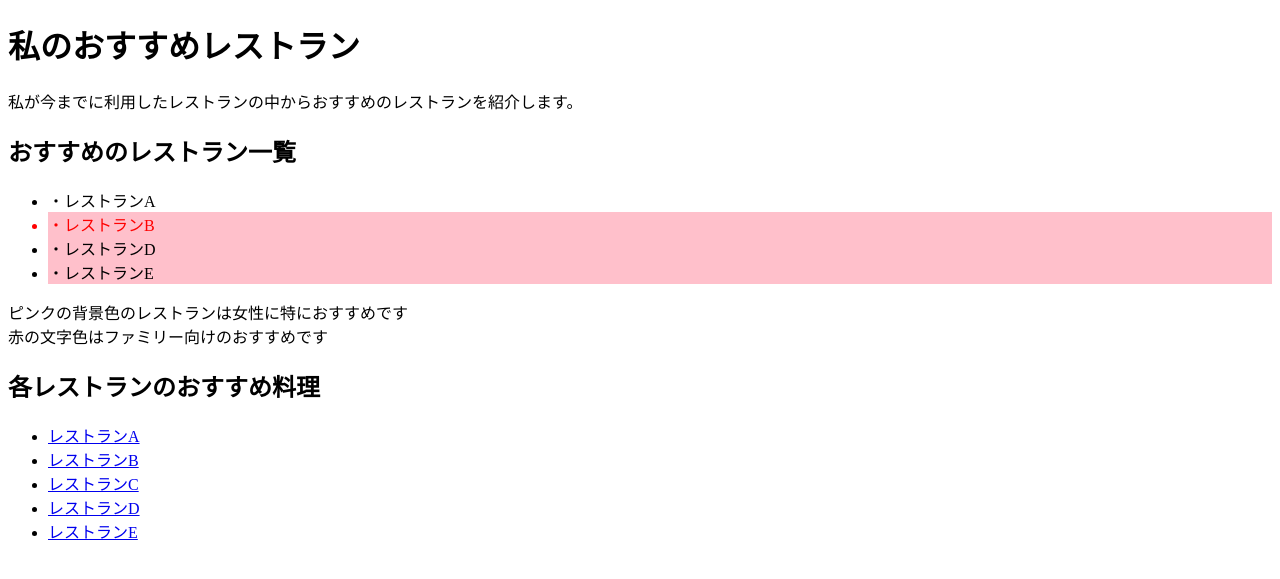
Repository: KubotaAtsushi/samurai_HTML-CSS
Page: test.html
The author's editor kept a record of every edit. The page is drawn from the files as they stood at one moment, then again after the next edit.
The browser window is 1280 px wide. The pictures show the whole page.

Above is the page before.

### test.html
<!DOCTYPE html>
<html lang="ja">
    <head>
        <meta charset="UTF-8">
        <title>HTML/CSSの学習</title>
        <link rel="style" href="style.css">
    </head>
    <body>
      <h1>私のおすすめレストラン</h1>
      <p>私が今までに利用したレストランの中からおすすめのレストランを紹介します。</p>
         <h2>おすすめのレストラン一覧</h2>
         <div id="wrapper">
            <div id="nav">
                <ul>
                    <li>・レストランA</li>
                    <div style="background-color:pink"> <font color="red"><li>・レストランB</li></font>
                    <li>・レストランD</li>
                    <li>・レストランE</li>
                </ul>
                <p>ピンクの背景色のレストランは女性に特におすすめです<br>
                赤の文字色はファミリー向けのおすすめです</p>
            </div>
          </div>
        <h2>各レストランのおすすめ料理</h2>
                 <div id="wrapper">
            <div id="nav">
                <ul>
                    <li><a href="home.html">レストランA</a></li>
                    <li><a href="#">レストランB</a></li>
                    <li><a href="#">レストランC</a></li>
                    <li><a href="#">レストランD</a></li>
                    <li><a href="#">レストランE</a></li>
                </ul>
            </div>
          </div>

After the next edit:
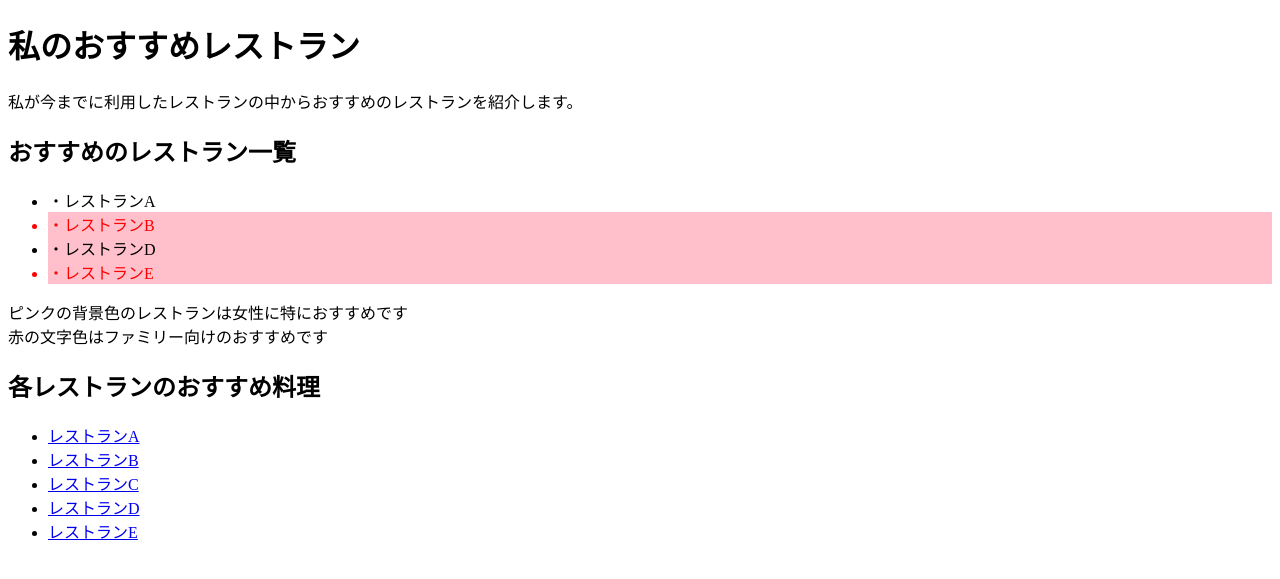
The edit:
--- a/test.html
+++ b/test.html
@@ -15,7 +15,7 @@
                     <li>・レストランA</li>
                     <div style="background-color:pink"> <font color="red"><li>・レストランB</li></font>
                     <li>・レストランD</li>
-                    <li>・レストランE</li>
+                     <font color="red"><li>・レストランE</li></font>
                 </ul>
                 <p>ピンクの背景色のレストランは女性に特におすすめです<br>
                 赤の文字色はファミリー向けのおすすめです</p>
